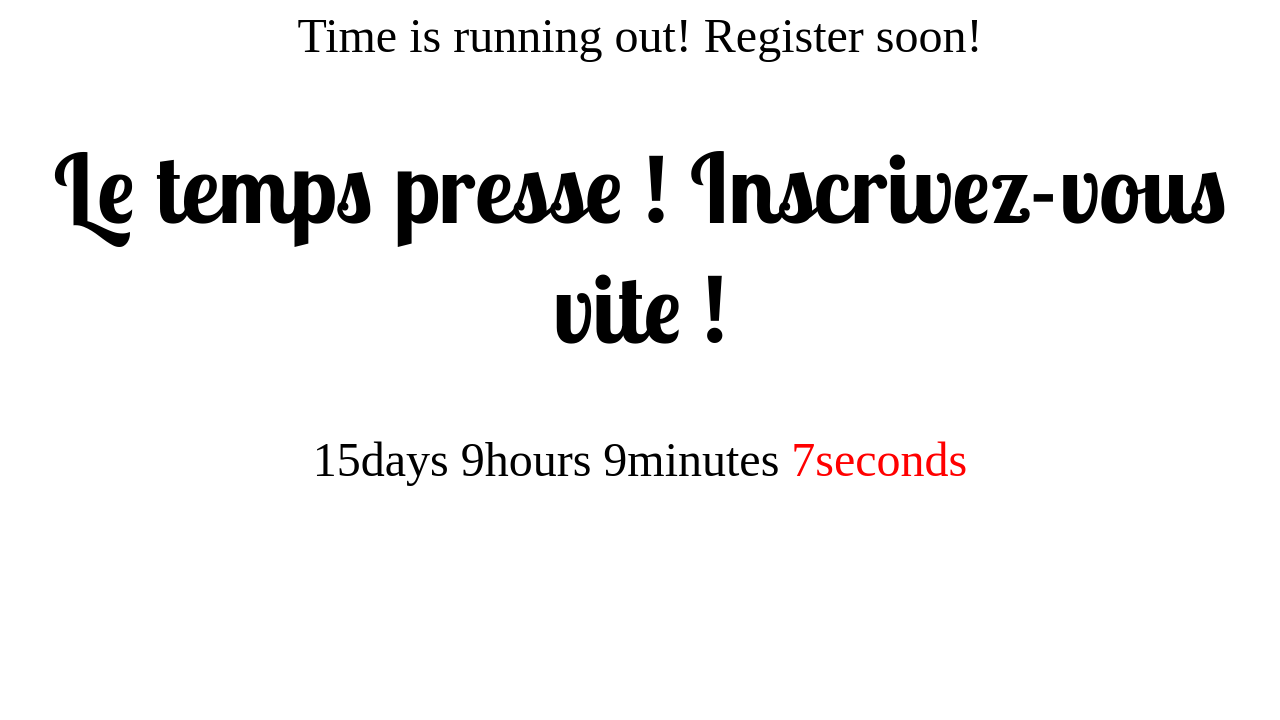
Repository: sinarinzifabrice/Events
Page: index.html
The author's editor kept a copy of each file at every save. The page is drawn from the files as they stood at one save, then again after the next save.
The browser window is 1280 px wide. The pictures show the whole page.

Above is the page before, as saved 2024-05-16 18:53:18.

After the next save:
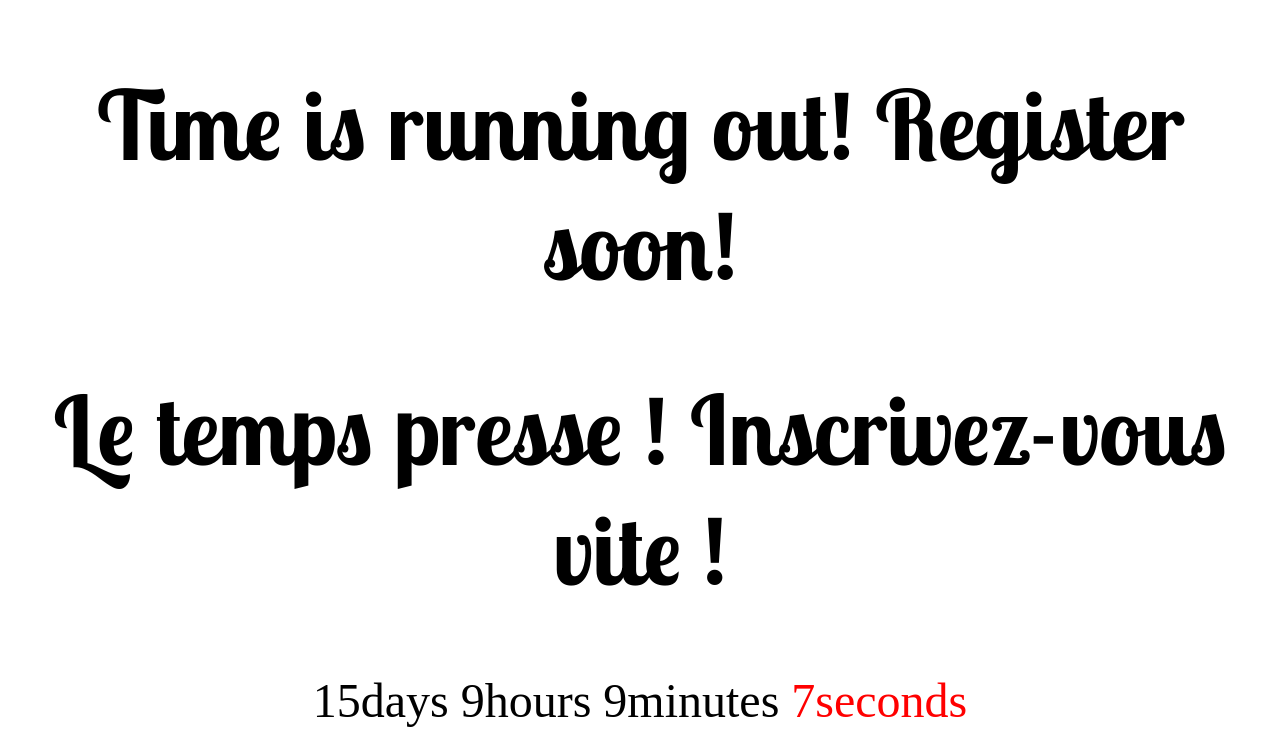
Saved 59 s later.
--- a/index.html
+++ b/index.html
@@ -24,7 +24,7 @@
 </head>
 <body>
 
-   <div class="countdown"><div>Time is running out! Register soon!</div>
+   <div class="countdown"><h1>Time is running out! Register soon!</h1>
 
       <h1>Le temps presse ! Inscrivez-vous vite !</h1>
    </div>
